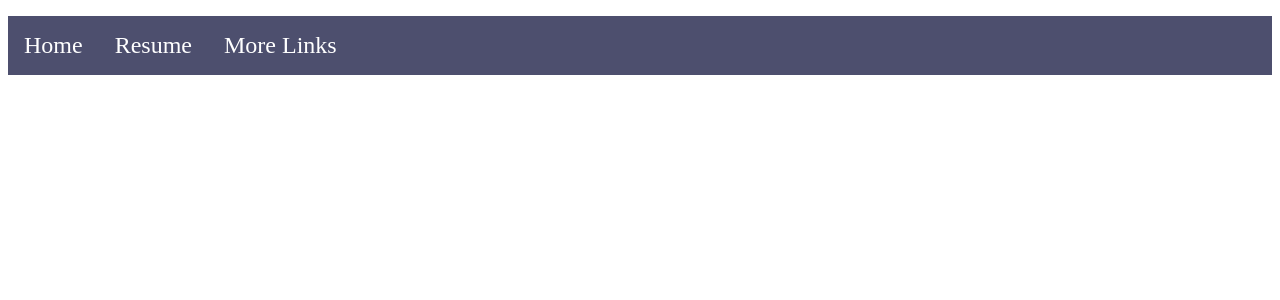
Repository: Luis6969/Luis6969.github.io
Page: resume.html
The author's editor kept a record of every edit. The page is drawn from the files as they stood at one moment, then again after the next edit.
The browser window is 1280 px wide. The pictures show the whole page.

Above is the page before.

After the next edit:
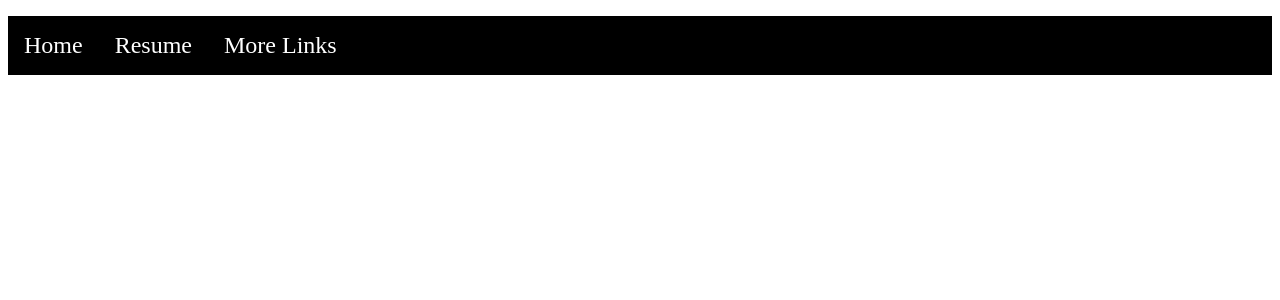
The edit:
--- a/resume.html
+++ b/resume.html
@@ -6,7 +6,7 @@
 
     .navbar{
       list-style: none;
-      background-color: #4d4f6e;
+      background-color: black;
       overflow: hidden;
       padding: 0;
     }
